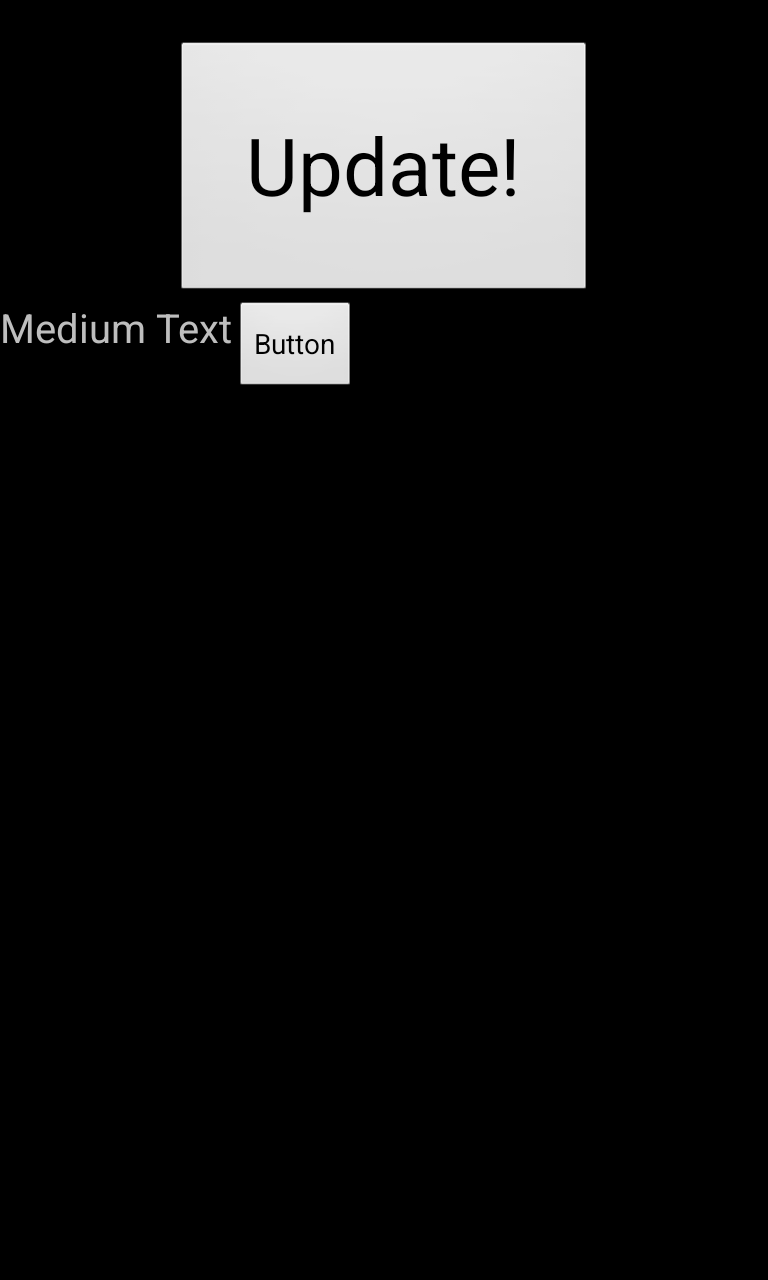
Repository: hgrateam/HangaramAPP_OLD-v2.0.6
Layout: HangaramAPP/res/layout/dbupdate.xml
The author's editor kept a copy of each file at every save. The layout is drawn from the files as they stood at one save, then again after the next save.
It is drawn on a 768 x 1280 px phone screen (xhdpi) without system bars, with theme android:Theme.Black.NoTitleBar; the app's code is not run.

Above is the layout before, as saved 2012-07-14 09:38:04.

### HangaramAPP/res/layout/dbupdate.xml
<?xml version="1.0" encoding="utf-8"?>
<LinearLayout xmlns:android="http://schemas.android.com/apk/res/android"
    android:layout_width="fill_parent"
    android:layout_height="fill_parent"
    android:orientation="vertical" >

    <Button
        android:id="@+id/updatebot"
        android:layout_width="210dp"
        android:layout_height="130dp"
        android:layout_marginTop="20dp"
        android:layout_gravity="center|top"
        android:gravity="center"
        android:text="Update!"
        android:textSize="40dp"/>

    <LinearLayout
        android:layout_width="fill_parent"
        android:layout_height="wrap_content"
        android:orientation="horizonal" >

        <TextView
            android:id="@+id/textView1"
            android:layout_width="wrap_content"
            android:layout_height="wrap_content"
            android:text="Medium Text"
            android:layout_gravity="left"
            android:textSize="20dp" />

        <Button
            android:id="@+id/button1"
            android:layout_width="wrap_content"
            android:layout_height="wrap_content"
            android:layout_gravity="right"
            android:text="Button" />

    </LinearLayout>

</LinearLayout>

After the next save:
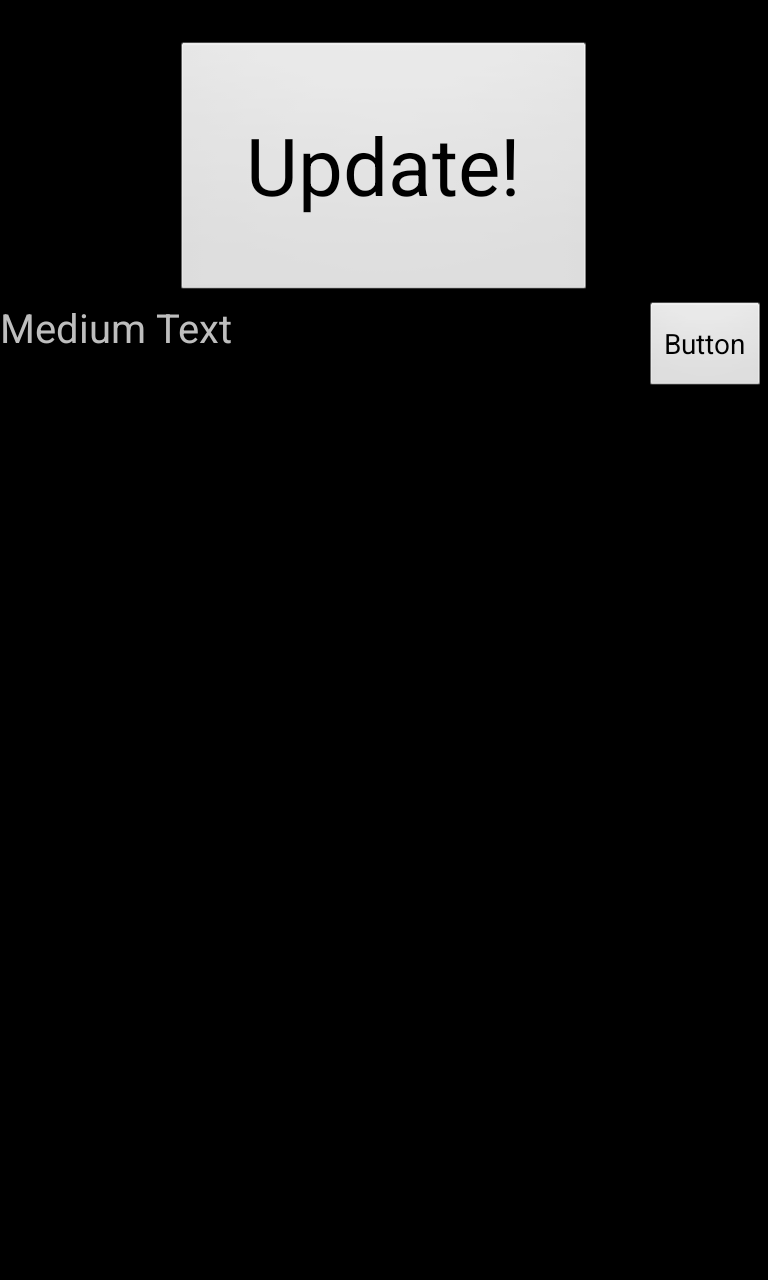
Saved 16 s later.
--- a/HangaramAPP/res/layout/dbupdate.xml
+++ b/HangaramAPP/res/layout/dbupdate.xml
@@ -14,10 +14,9 @@
         android:text="Update!"
         android:textSize="40dp"/>
 
-    <LinearLayout
+    <FrameLayout
         android:layout_width="fill_parent"
-        android:layout_height="wrap_content"
-        android:orientation="horizonal" >
+        android:layout_height="wrap_content">
 
         <TextView
             android:id="@+id/textView1"
@@ -34,6 +33,6 @@
             android:layout_gravity="right"
             android:text="Button" />
 
-    </LinearLayout>
+    </FrameLayout>
 
 </LinearLayout>
